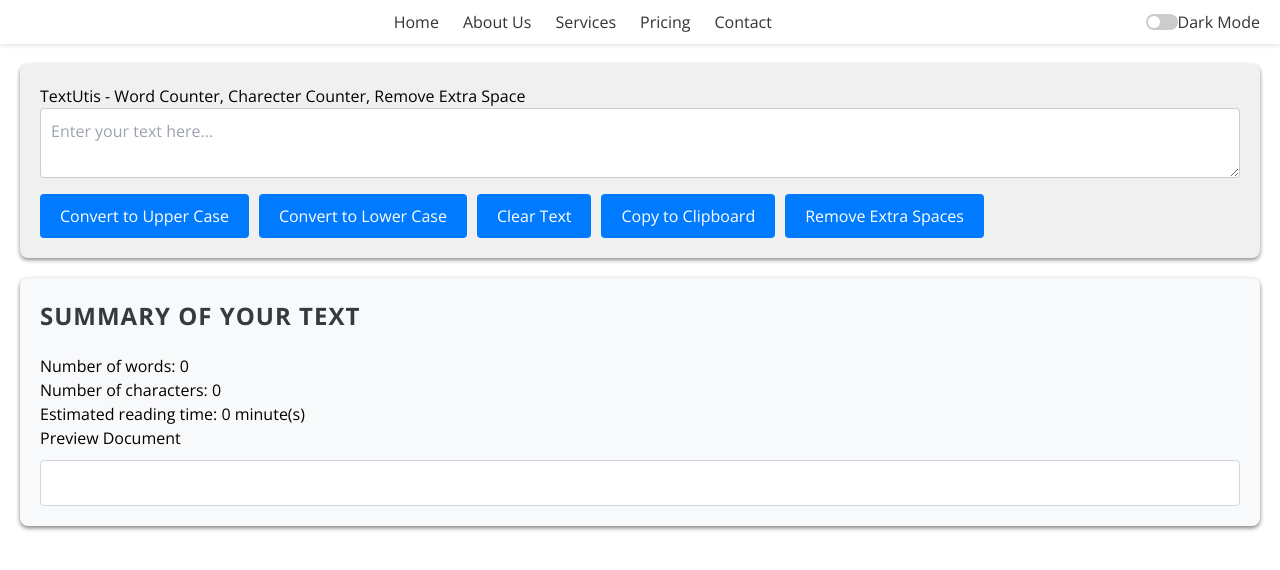
Repository: sriram1224/Text-converter
Page: /
An editor plug-in stored every save of this project. The page is shown before and after the next save, followed by the edit.
The browser window is 1280 px wide. The pictures show the whole page.
The project was rebuilt for these pictures with package versions that can differ from the ones it lists, and the page was loaded fresh each time. Also part of the build but not shown: src/App.css.

Above is the page before, as saved 2024-03-27 02:19:36.

After the next save:
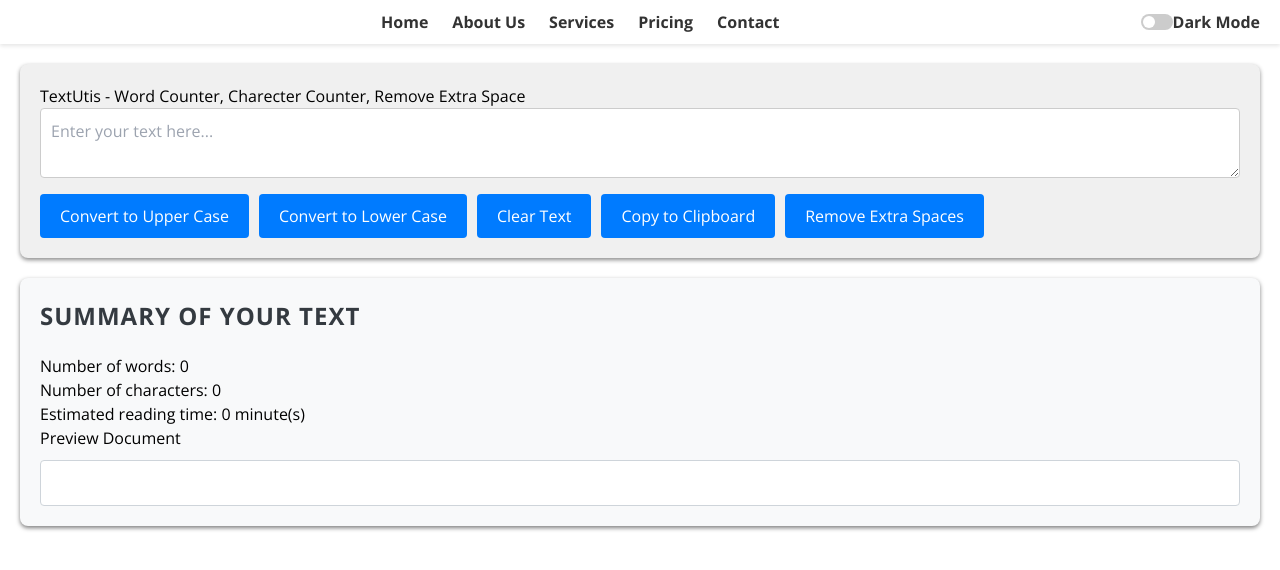
Saved 5 s later.
--- a/src/Navbar.css
+++ b/src/Navbar.css
@@ -4,7 +4,7 @@
 nav{
     font-family: "Open Sans", sans-serif;
     font-size: 16px;
-    font-weight: 400;
+    font-weight: bold;
 }
 .navbar-container.light {
     background-color: #fff;
